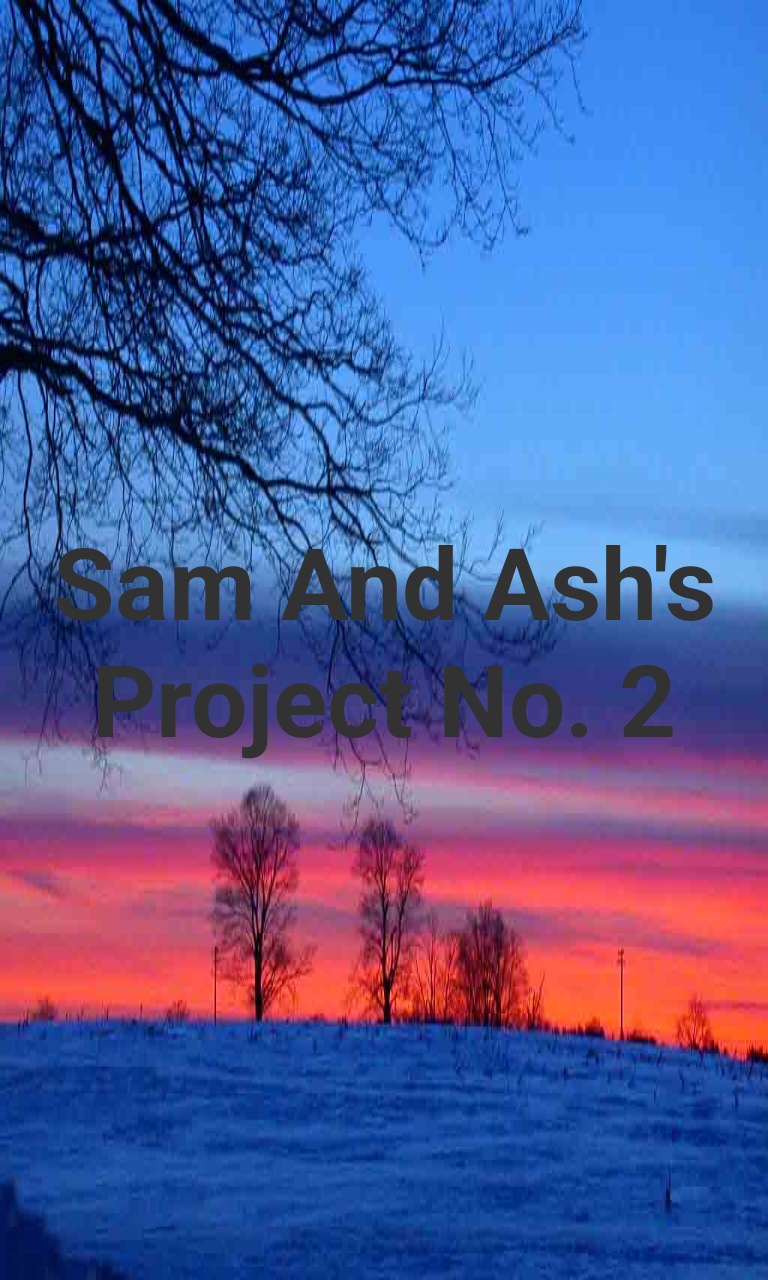
Repository: AshleyDeng/AndroidAppDevelopment
Layout: Samiul_Ashley_Android/Android Workspace/SamAndAshProject2_Converter/res/layout/initial_screen.xml
These files come from the project's save history. The layout is drawn as it stood at one moment and after the next save; the edit follows.
It is drawn on a 768 x 1280 px phone screen (xhdpi) without system bars, with theme AppTheme; the app's code is not run.

Above is the layout before, as saved 2013-01-18 00:36:03.

After the next save:
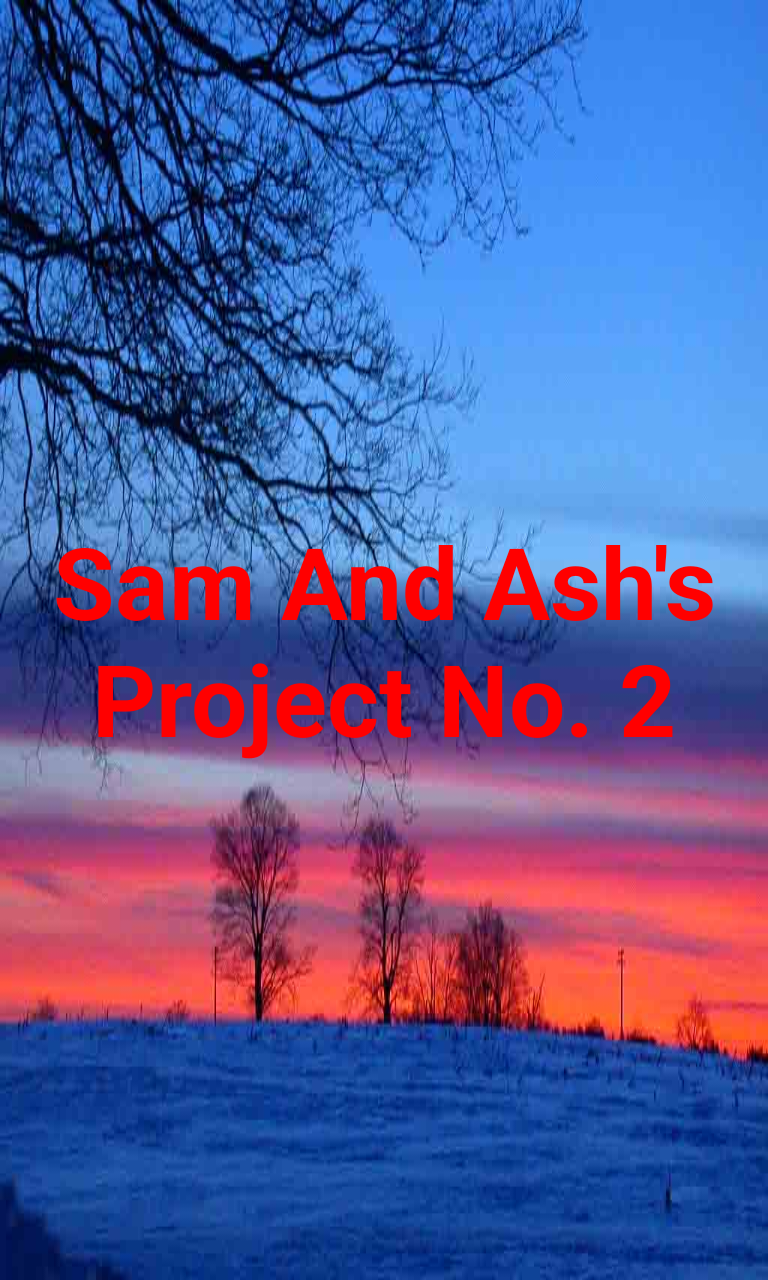
Saved 107 s later.
--- a/Samiul_Ashley_Android/Android Workspace/SamAndAshProject2_Converter/res/layout/initial_screen.xml
+++ b/Samiul_Ashley_Android/Android Workspace/SamAndAshProject2_Converter/res/layout/initial_screen.xml
@@ -13,6 +13,7 @@
         android:gravity="center"
         android:text="Sam And Ash&apos;s Project No. 2"
         android:textSize="50sp"
-        android:textStyle="bold" />
+        android:textStyle="bold"
+        android:textColor="#FF0000" />
 
 </LinearLayout>
